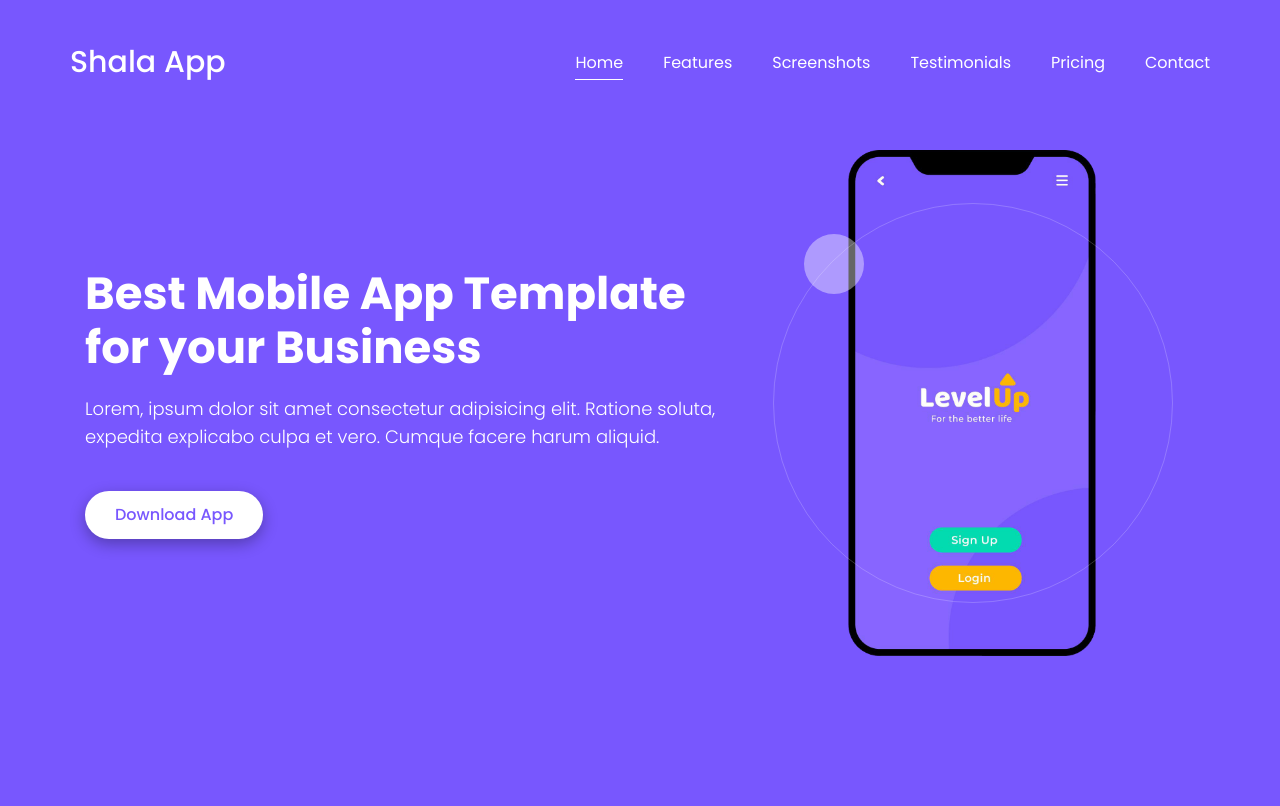
Repository: Mohamed-Hema/Shala-App
Page: index.html
An editor plug-in stored every save of this project. The page is shown before and after the next save, followed by the edit.
The browser window is 1280 px wide. The pictures show the whole page.

Above is the page before, as saved 2021-02-13 09:12:30.

After the next save:
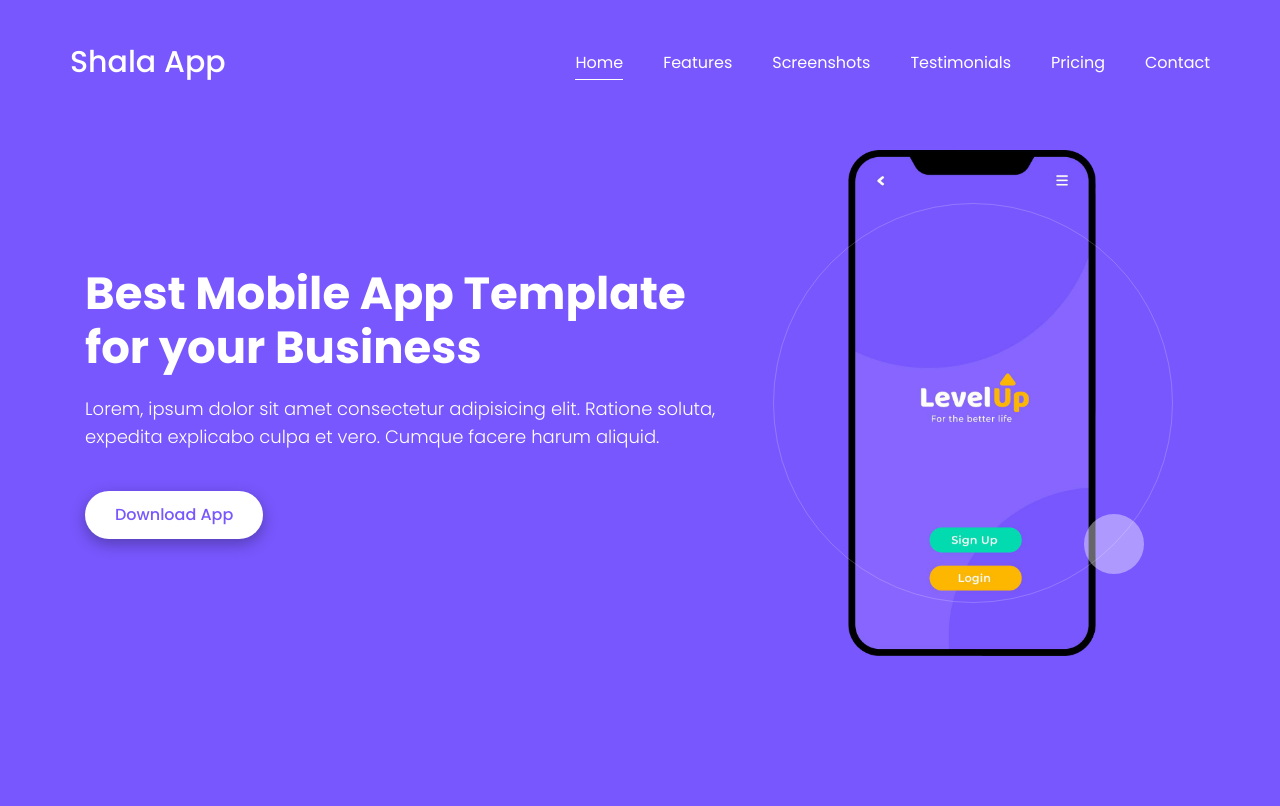
Saved 4 s later.
--- a/css/style.css
+++ b/css/style.css
@@ -62,7 +62,7 @@ ul{
         transform: rotate(0deg);
     }
     100%{
-        transform: rotate();
+        transform: rotate(360deg);
     }
 }
 /* End Global Styles */
